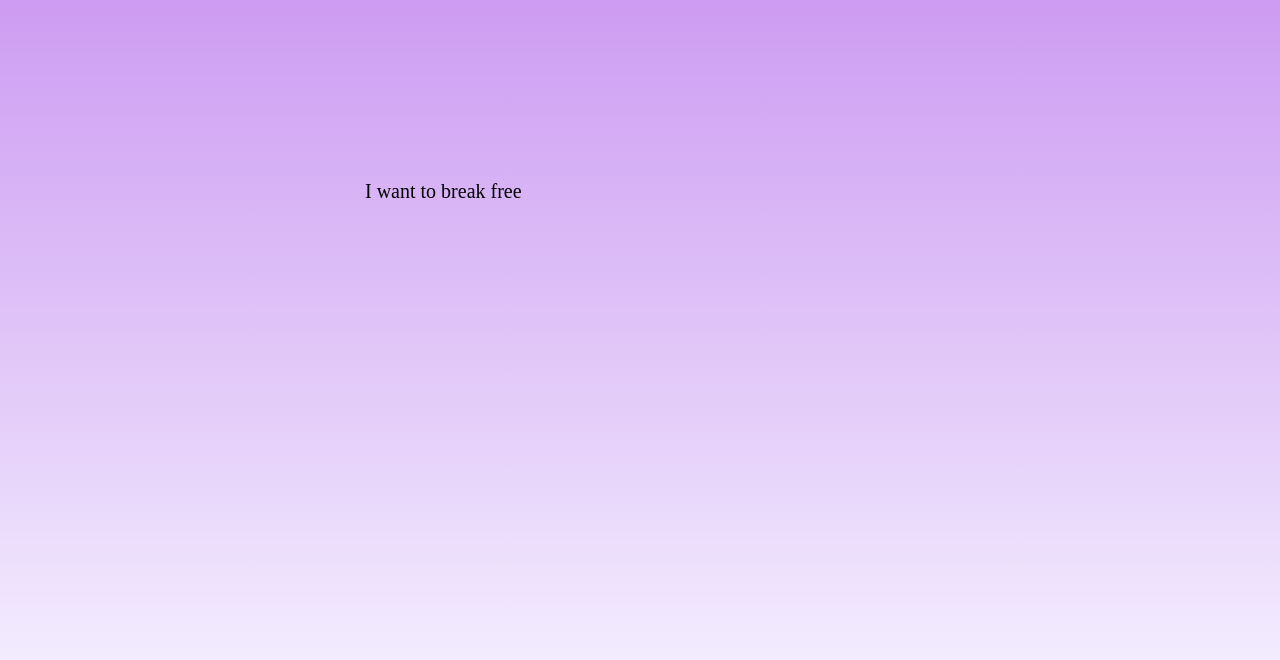
Repository: gyypwrs/css-practice
Page: 打字效果/index.html
An editor plug-in stored every save of this project. The page is shown before and after the next save, followed by the edit.
The browser window is 1280 px wide. The pictures show the whole page.

Above is the page before, as saved 2022-05-05 18:20:17.

After the next save:
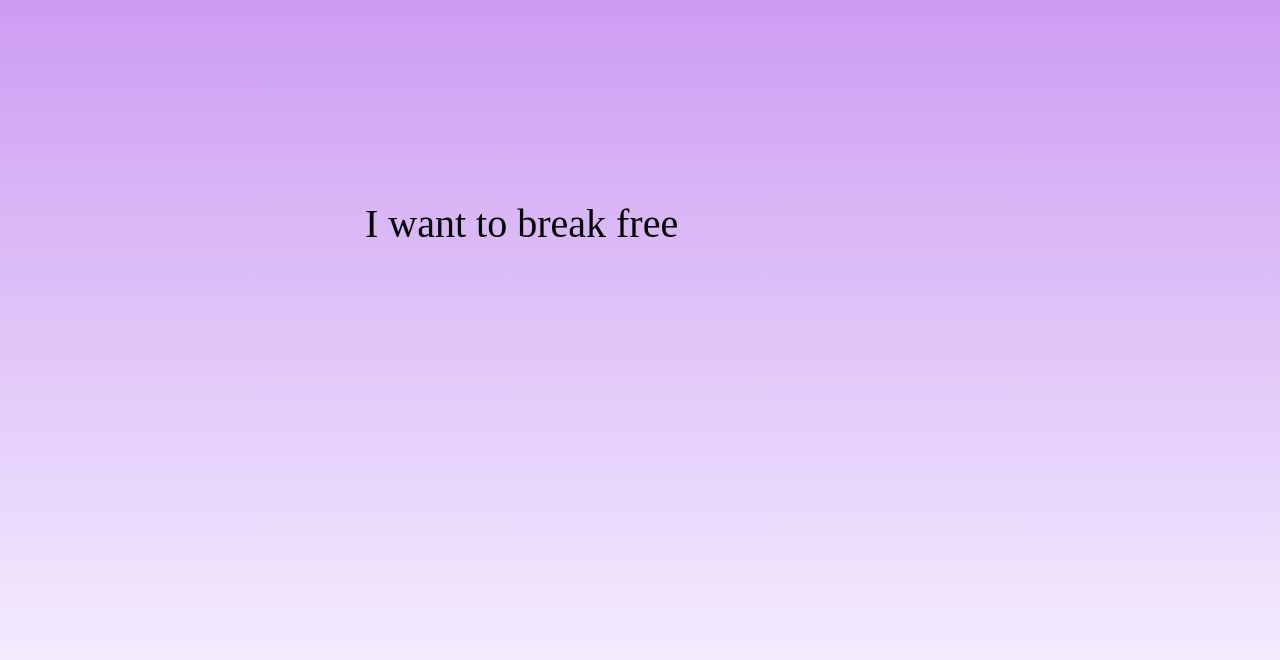
Saved 12 s later.
--- a/打字效果/index.html
+++ b/打字效果/index.html
@@ -37,7 +37,7 @@
        margin-bottom: 20px;
      }
      p {
-       font-size: 20px;
+       font-size: 40px;
      }
   </style>
   </head>
